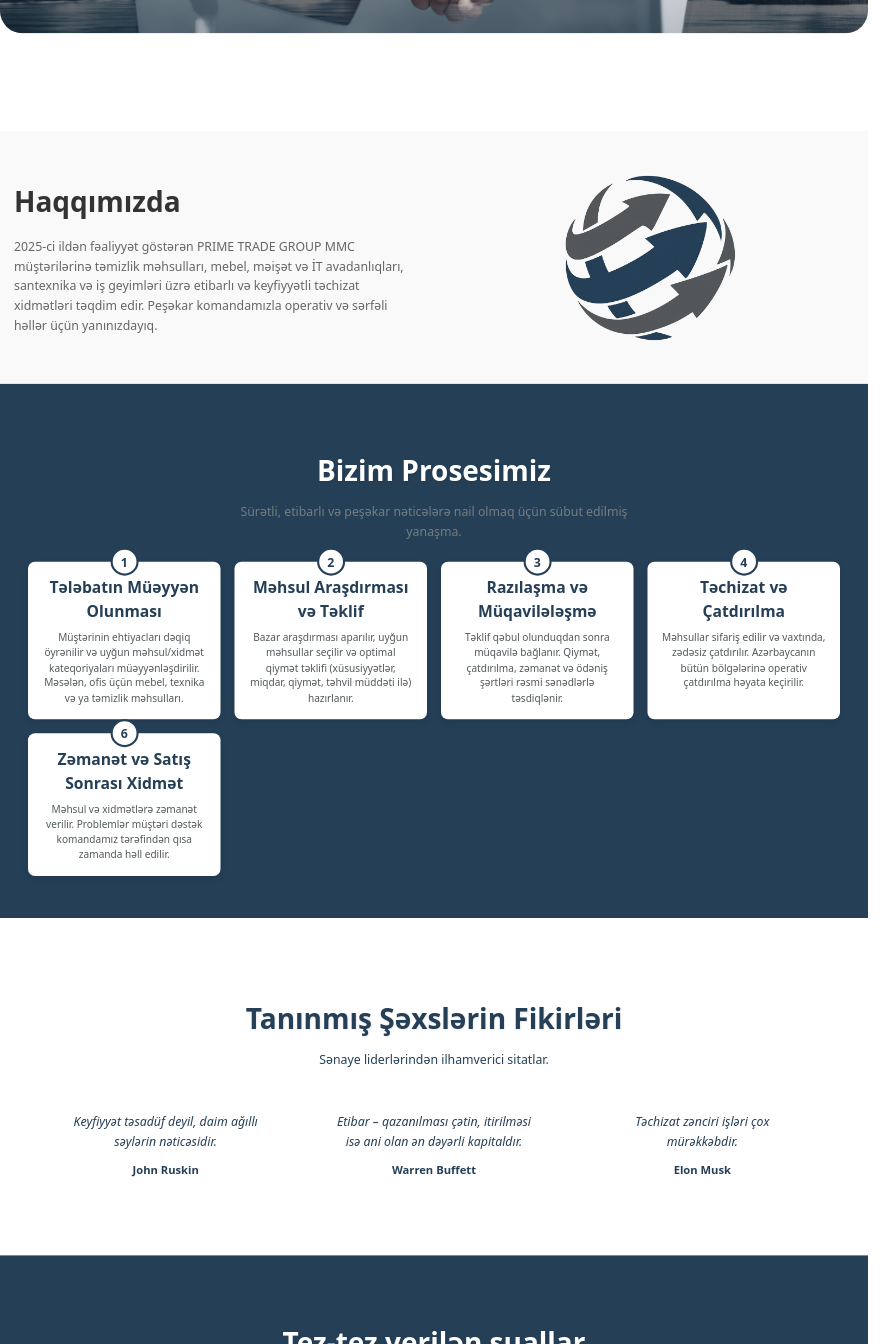
Repository: ferhadsultan98/primetradegroup
Page: /
An editor plug-in stored every save of this project. The page is shown before and after the next save, followed by the edit.
The browser window is 1280 px wide. The pictures show the part of the page from y = 669 to 2589 px (the page is 5173 px tall before and 5362 px after), at 70% of full size.
The page's requests for data from a server got no answer. The project was rebuilt for these pictures with package versions that can differ from the ones it lists, and the page was loaded fresh each time. No one was signed in, and anything a server would have sent is missing. Also part of the build but not shown: vite.config.js, src/Components/Mainlayout/MainLayout.scss, src/Pages/About/About.scss, src/Components/SectionHeader/SectionHeader.scss, src/Components/BreadCrumb/BreadCrumb.scss, src/Components/BreadCrumb/BreadCrumb.jsx, src/Components/SectionHeader/SectionHeader.jsx, src/Pages/About/About.jsx and 21 more.

Above is the page before, as saved 2025-08-09 15:35:24.

After the next save:
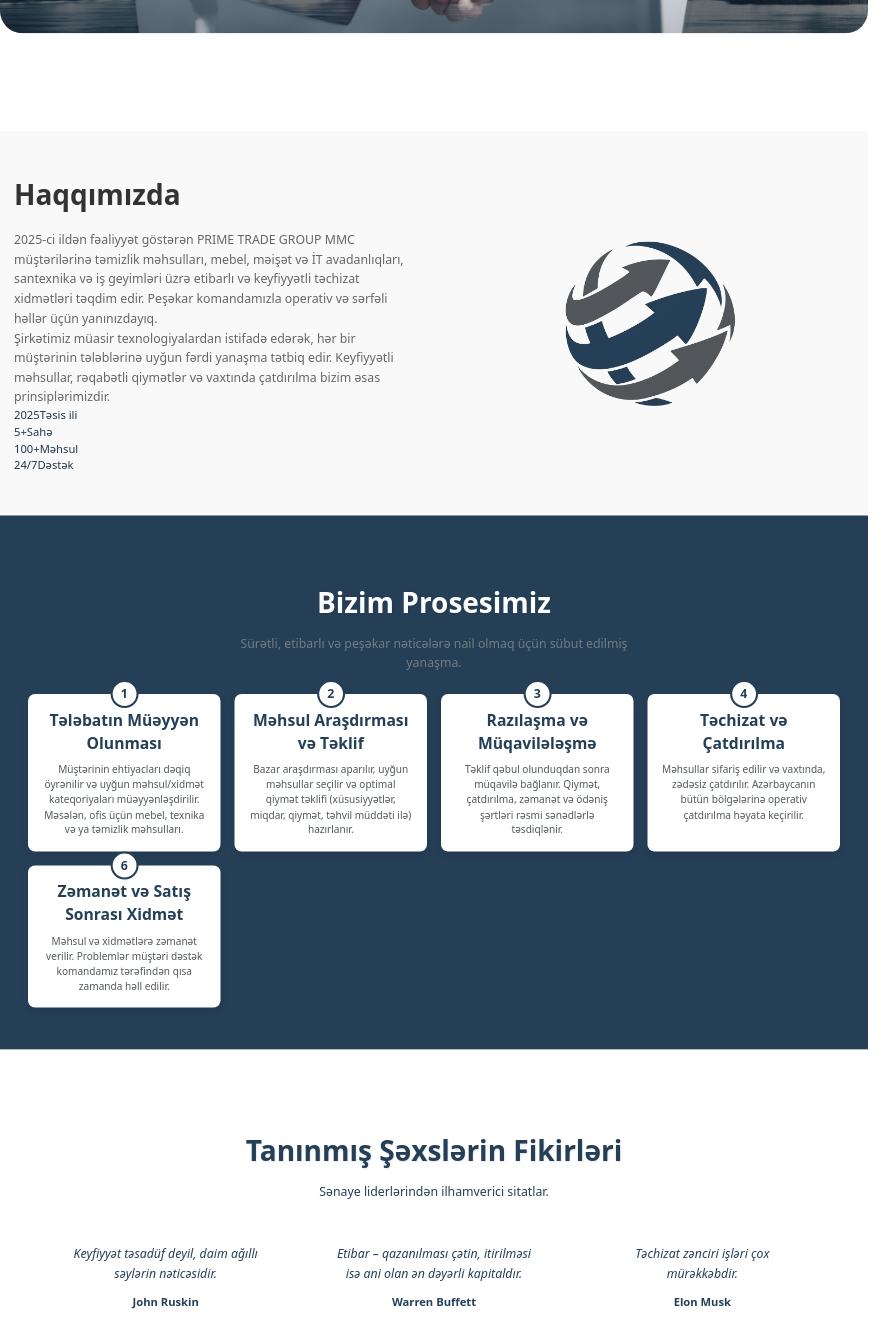
Saved 53 s later.
--- a/src/Pages/Home/HomeAbout/HomeAbout.jsx
+++ b/src/Pages/Home/HomeAbout/HomeAbout.jsx
@@ -1,6 +1,6 @@
 import React from 'react';
 import './HomeAbout.scss';
-import PTGLogo from '../../../../public/assets/ptglogo.png'
+import PTGLogo from '../../../../public/assets/ptglogo.png';
 
 const HomeAbout = () => {
   return (
@@ -14,7 +14,32 @@ const HomeAbout = () => {
             etibarlı və keyfiyyətli təchizat xidmətləri təqdim edir. Peşəkar komandamızla
             operativ və sərfəli həllər üçün yanınızdayıq.
           </p>
+          <p className="homeAboutDescription">
+            Şirkətimiz müasir texnologiyalardan istifadə edərək, hər bir müştərinin tələblərinə
+            uyğun fərdi yanaşma tətbiq edir. Keyfiyyətli məhsullar, rəqabətli qiymətlər və
+            vaxtında çatdırılma bizim əsas prinsiplərimizdir.
+          </p>
+
+          <div className="homeAboutStats">
+            <div className="homeAboutStat">
+              <span className="stat-number">2025</span>
+              <span className="stat-label">Təsis ili</span>
+            </div>
+            <div className="homeAboutStat">
+              <span className="stat-number">5+</span>
+              <span className="stat-label">Sahə</span>
+            </div>
+            <div className="homeAboutStat">
+              <span className="stat-number">100+</span>
+              <span className="stat-label">Məhsul</span>
+            </div>
+            <div className="homeAboutStat">
+              <span className="stat-number">24/7</span>
+              <span className="stat-label">Dəstək</span>
+            </div>
+          </div>
         </div>
+
         <div className="homeAboutImageWrapper">
           <img src={PTGLogo} alt="PRIME TRADE GROUP" className="homeAboutImage" />
         </div>
